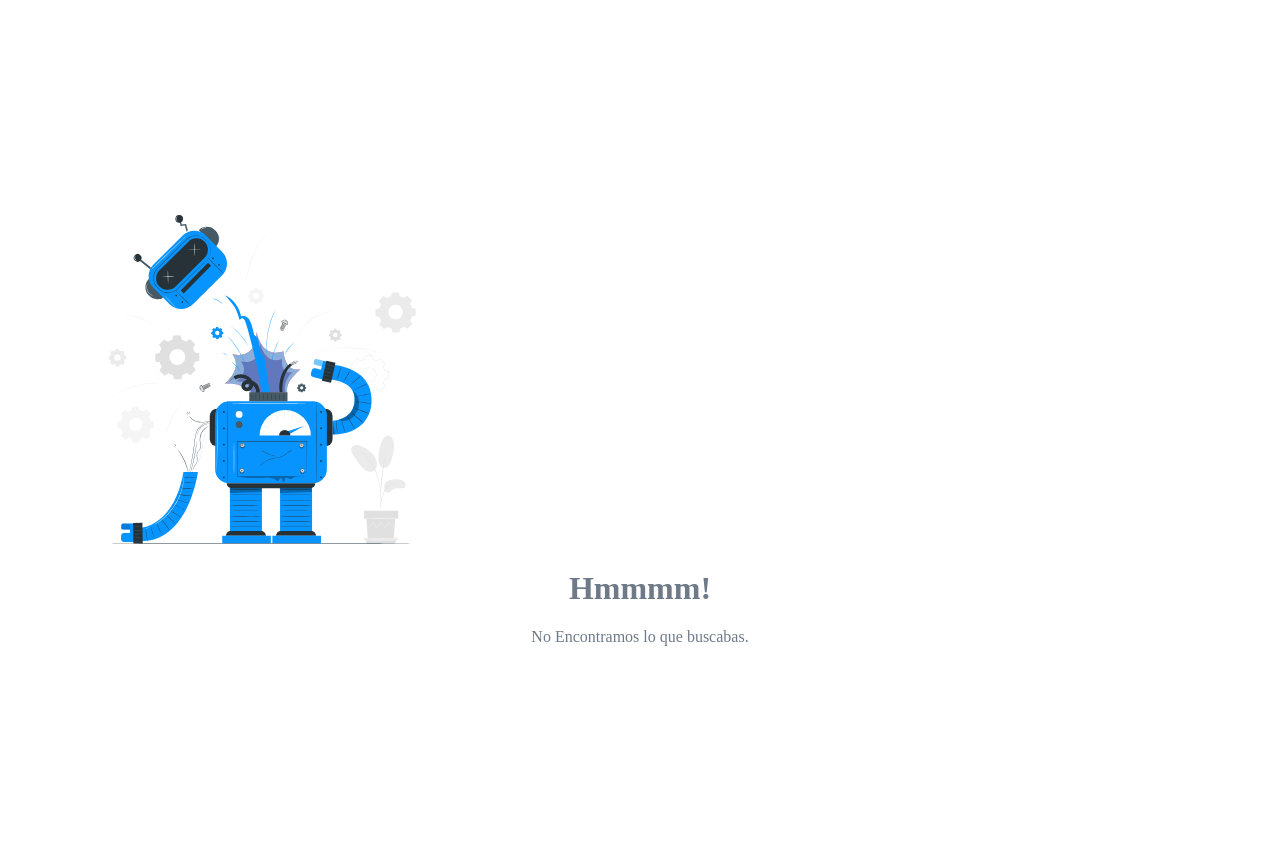
Repository: FabioMadrid/atlas_code
Page: 404.html
The author's editor kept a copy of each file at every save. The page is drawn from the files as they stood at one save, then again after the next save.
The browser window is 1280 px wide. The pictures show the whole page.
Some web fonts or font styles are not loaded; a fallback is used. Some web libraries are served in a nearby version.

Above is the page before, as saved 2021-01-13 12:23:27.

### 404.html
<!DOCTYPE html>
<html lang="en">
<head>
    <meta charset="UTF-8">
    <meta name="viewport" content="width=device-width, initial-scale=1.0">
    <link rel="stylesheet" href="https://cdnjs.cloudflare.com/ajax/libs/font-awesome/4.7.0/css/font-awesome.min.css">
    <script src="https://kit.fontawesome.com/8bf4511c4b.js" crossorigin="anonymous"></script>
    <link rel="stylesheet" href="css/general.css">
    <link rel="stylesheet" href="css/style_lp.css">
    <link rel="stylesheet" href="https://atlas-home-colombia.s3.amazonaws.com/fonts/fonts.css">
    <title>Atlas Home</title>
</head>
<body>

    <div style="margin: 20% auto;">

        <div>
            <img src="/svg/robot_explotando.svg" alt="" >
        </div>

        <h1 class="text" style="text-align: center;">
            Hmmmm!
        </h1>
        <p class="text" style="text-align: center;">
            No Encontramos lo que buscabas.
        </p>

    </div>

</body>
</html>

### css/style_lp.css

body
{
    margin: 0 8%;
}

/* ---------------------------------------------- INICIO DE MODAL BUSQUEDA DE PROPIEDADES ------------------------------------------------------------*/
.modal
{
    display: none; /* Hidden by default */
    position: fixed; /* Stay in place */
    z-index: +2; /* Sit on top */
    left: 0;
    top: 0;
    width: 100%; /* Full width */
    height: 100%; /* Full height */
    background-color: rgb(0,0,0); /* Fallback color */
    background-color: rgba(0,0,0,0.4); /* Black w/ opacity */
    padding: 40px;
    overflow: hidden;
    animation: fadeEffect 0.5s; /* Fading effect takes 1 second */
    margin: 0;
}

  /* Modal Content */

  .modal-content
{
    background-color: #fefefe;
    margin: auto;
    padding: 20px;
    border: none;
    border-radius: 10px;
    width: 45%;
    z-index: +3;
}
.overflow
{
    max-height: 100%;
    overflow-y: auto !important;
}

  /* The Close Button */
  .close
{
    color: white;
    float: right;
    font-size: 28px;
    text-align: center;
    font-weight: bold;
    border: 2px solid #0894FE;
    background-color: #0894FE;
    border-radius: 50%;
    width: 35px;
    height: 35px;
    position: absolute;
    top: -35px;
    right:-35px;
}

  .close:hover,
  .close:focus {
    background-color: #CC5F54;
    border: none;
    text-decoration: none;
    cursor: pointer;
  }
  .titulo-modal
  {
    text-align: center;
    border-bottom: 2px solid rgba(156, 156, 156, 0.219);
    padding-bottom: 7px;
    margin: 15px 10%;
  }


  /*-------------------------------------------------------------- Clases del SEARCH Modal------------------------------------------- */

  .inmueble-selector
  {
      display: flex;
      justify-content: center;
      flex-direction: row;
      flex-wrap: wrap;
      align-items: center;
  }
    .inmueble-selector input
    {
      margin:0;padding:0;
      -webkit-appearance:none;
      -moz-appearance:none;
      appearance:none;
    }

  .vivienda
  {
      background-image:url(/svg/vivienda-icon-azul.svg);
  }
  .apartamento
  {
      background-image:url(/svg/apartamento-icon-azul.svg);
  }
  .terreno
  {
      background-image:url(/svg/terreno-icon-azul.svg);
  }

  .inmueble-selector input:active + .drinkcard-cc
  {
      opacity:none;
  }
  .inmueble-selector input:checked + .drinkcard-cc
  {
      -webkit-filter: none;
         -moz-filter: none;
              filter: none;
              color:#0048CD;
  }
  .drinkcard-cc
  {
      cursor:pointer;
      background-size:contain;
      background-repeat:no-repeat;
      display:inline-block;
      width:90px;height:80px;
      color: inherit;
      -webkit-transition: all 100ms ease-in;
         -moz-transition: all 100ms ease-in;
              transition: all 100ms ease-in;
              -webkit-filter: brightness(1) grayscale(1) opacity(1);
              -moz-filter: brightness(1) grayscale(1) opacity(1);
                   filter: brightness(1) grayscale(1) opacity(1);
  }
  .drinkcard-cc:hover
  {
      -webkit-filter: none;
         -moz-filter: none;
              filter: none;
              color:#0048CD;
               /* width:93px;height:83px;*/
  }

  /* correciones del search modal */

  .correcion
  {
      left: 16px;
      bottom: -110px;
  }
  .correcion-a
  {
      bottom: -110px;
  }


@media screen and (max-width:880px)
{
    .modal-content
    {
        width: 90%;
    }
    .correcion
    {
    left: 16px;
    bottom: -100px;
    }
    .correcion-a
    {
    bottom: -100px;
    }
    .selects-50
    {
    float: none;
    width: 100%;
    margin: none;
    }
    .selects-50-right
    {
    float: none;
    width: 100%;
    }
    .topright
    {
    right: 7.5%;
    }
    .correcion-icon-credito
    {
        padding-top: 25%;
    }
}
@media screen and (max-width:450px)
{
    .drinkcard-cc
    {
        width: 80px;
        height: 70px;
    }
    .inmueble-selector
    {
        justify-content: space-around;
    }
    .modal-content
    {
        width: 100%;
    }
    .modal
    {
        padding: 0px;
    }
    .modal-content
    {
        border-radius: 0;
    }
    .topright
    {
    right: 7%;
    top: 4%;
    }

}
@media screen and (max-width:365px)
{
    .inmueble-selector
    {
        flex-direction: column;
    }
    .drinkcard-cc
    {
        margin-top: 30px;
    }
    .bottom-text
    {
        bottom: -105px;
    }
}

/* ----------------------------------------------------- titulos, textos y fonts ------------------------------------------------------------------ */
@font-face
{
    font-family: "FormaDJRText";
    src: url(https://atlas-home-colombia.s3.amazonaws.com/fonts/fonts.css);
}
.text
{
    font-family:"Forma DJR Text Edu";
    color: #6F7A88;
}
.title
{
    margin-top: 50px ;
    color:#0894FE;
    font-size:2em;
    font-weight:bold;
    display: block;
}
.subtitles
{
    color:#0894FE;
    font-weight:bold;
    display: block;

}
/* diseño de columnas y layout */
.flex-container
{
    display: flex;
    flex-flow: row wrap;
}
.flex-centrar
{
    justify-content: space-between;
    align-items: center;
}
.row:after
{
    content: "";
    display: table;
    clear: both;
}
.column-left
{
    float: left;
    width: 49.99%;
    padding: 15px;
    height:auto;
    display: block;
}
.column-50
{
    width: 49.99%;
    float: right;
    margin: auto;
}
.column-33
{
    width: 33.33%;
    float: left;
    margin: auto;
}
.clearfix::after
{
    content: "";
    clear: both;
    display: table;
}
.flex-box
{
   display: flex;
   flex-flow: row wrap;
   justify-content: center;
}

/* declaraciones de iconos */

.icon-lp
{
    width: 90%;
    height: auto;
    margin-top: 50px;
    display: block;
    margin: auto;
}
.icon-v
{
    max-height: 400px;
}
.boton-landing
{
    background: white ;
    color:#0894FE;
    border: #0894FE solid 1px;
    padding: 10px 15px;
    border-radius: 5px;
    display: block;
    width: 350px;
    height: 60px;
    margin: 30px auto 30px auto;
    font-size:15px;
    transition: background-color 0.4s;
    outline: none;
}
.triangulo-decor
{
    position: absolute;
    padding-top: 0px;
    width: 20%;
    height: auto;
    vertical-align: middle;
    border-style: none;
    box-sizing: border-box;
    max-width: 100%;
    z-index: -1;
}

/* declaraciones de botones */

.boton-landing:hover
{
    background-color: #2680EB;
    color: white;
    cursor: pointer;
    font-size: 17px;
    box-shadow: 0 12px 16px 0 rgba(0,0,0,0.24), 0 17px 50px 0 rgba(0,0,0,0.19);
}
button:active
{
    background-color: #6eb9f7;
    background-size: 100%;
    transition: background-color 0s;
    border: #0894FE solid 1px;
}

/* testimonios */
.box
{
    box-shadow: 0 4px 8px 0 rgba(0, 0, 0, 0.2), 0 6px 10px 0 rgba(133, 133, 133, 0.19);
    box-shadow: 5px grey;
    display: block;
    background-color: white;
    width: auto;
    text-align: left;
    margin: 20px 0% 20px 0%;
    padding: 10px 20px 40px 20px;
    border-radius: 5px;
}
.img
{
    float: left;
    padding-right: 5px;
    height: 100px;
    width: 100px;
}
.box::after
{
    content: "";
    clear: both;
    display: table;
}
.figcaption
{
    font:"Forma DJR Text Edu" medium 12px;
    color: #0894FE;
    margin-top: 15px;
    text-align: left;
}

/*----------- CSS PARA STEP FORMS ------------*/

/* Styling Parts */
#part1,
#part2,
#part3,
#part4,
#part5 {
  z-index: 2;
  display: block;
  height: auto;
  opacity: 1;
  transition: opacity 1s ease-in-out;
}

/* Hidden Parts */
#part2,
#part3,
#part4,
#part5
 {
  opacity: 0;
  height: 0;
  overflow: hidden;
}

/* Show Step 2 & Hide Step 1 */
#step2:checked ~ #part2
{
  opacity: 1;
  height: auto;
}
#step2:checked ~ #part1
{
  opacity: 0;
  height: 0;
  display: none;
}

/* Show Step 3  & Hide Step 2 */
#step3:checked ~ #part3
{
  opacity: 1;
  height: auto;
}
#step3:checked ~ #part2
{
  opacity: 0;
  width: 0;
  height: 0;
  display: none;
}

/* Show Step 4  & Hide Step 3 */
#step4:checked ~ #part4 {
    opacity: 1;
    height: auto;
  }
  #step4:checked ~ #part3 {
    opacity: 0;
    width: 0;
    height: 0;
    display: none;
  }

/* Show Step 5  & Hide Step 4 */
#step5:checked ~ #part5 {
    opacity: 1;
    height: auto;
  }
#step5:checked ~ #part4 {
    opacity: 0;
    width: 0;
    height: 0;
    display: none;
  }

  input[type=checkbox]
  {

    position: absolute;
    /* Position the checkbox in upper left corner */

    opacity: 0;
  }


/* ----- INICIO DE RESPONSIVE DESIGN------*/

/*diseño para ipads*/

@media only screen and (max-width: 800px)
{
    .caja
    {
        text-align: center;
    }
    .img
     {
        margin: auto;
        float: none;
        display: block;
    }
    .figcaption
    {
        text-align: center;
    }
    .icon-lp
    {
        height: auto;
        display: block;
        margin:auto;
        float: none;
    }
    .row:after
    {
        content: "";
        display: table;
        clear: both;
    }
    .boton-landing
    {
        width: 250px;
        height: 60px;
    }
    .title
    {
        font-size:1.3em;
    }
    .icon-v
    {
        height: 300px;
    }
    .icon-i
    {
        padding-top: 40%;
    }
    .text
    {
        text-align: center;
    }
}

/*diseño para moviles*/

@media only screen and (max-width: 700px)
{
    .column-50
    {
        width: 100%;
        float: none;
        margin: auto;
        overflow: hidden;
        padding: 15px;
        height:auto;
        display: block;
    }
    .column-left
    {
        float: none;
        width: 100%;
        padding: 15px;
        height:auto;
        display: block;
    }
    .boton-landing
    {
        width: 100%;
    }
    .icon-i
    {
        padding-top: 10px;
    }
    .triangulo-decor
    {
        width: 40%;
    }
    .correcion-icon-credito
    {
        padding-top: 0;
    }
}

/* footer */

.footer
{
    height: 250px;
    width: 100%;
    border-top: 5px solid #F2F2F2;
}
.footer-img
{
    background-image: url("/svg/city2.svg");
    background-color: transparent;
    height: 250px;
    background-position: center;
    background-repeat: no-repeat;
    background-size: cover;
}
.footer-logo
{
    display: block;
    width: auto;
    height: 80px;
    padding-top: 10px;
    margin: auto;
}
.fa
{
    display: inline-block;
    width: 50px;
    height: 50px;
    line-height: 50px;
    text-align: center;
    border: 3px;
    background-color: #fff;
    color: #0f4aa2;
    font-size: 30px;
    text-decoration: none;
    margin:0;
}
a
{
    text-decoration: none;
    cursor: pointer;
    color: inherit;
}
li
{
    list-style-type: none;
    display: inline-block;
    border: 1.5px solid  #0f4aa2;
    margin: 5px 7px;
}
.fa:hover {
    opacity: 0.7;
    color: #2680EB;
}
.footer-ul
{
    padding-left: 0;
}

button:active
{
background-color:white;
background-size: 100%;
transition: background-color 0s;
border: none;
outline: none;
}

.b-tipo-cita
{
    color: #6F7A88;
    border-bottom: 1px solid #6F7A88;
    display: block;
    text-align: center;
    width: 45%;
    margin-top: 0;
    cursor: pointer;
    outline: none;
    border-radius: none;
    padding: 10px;

}
.b-tipo-cita:hover+:checked
{
    border-bottom: 3px solid #2680EB;
    color: #2680EB;
}
.b-tipo-cita.active
{
    border-bottom: 3px solid #2680EB;
    color: #2680EB;
}

input[type="radio"]:checked+label {
    border-bottom: 3px solid #2680EB;
    color: #2680EB;
}

Loaded but not shown: css/general.css (885 lines, source omitted)

After the next save:
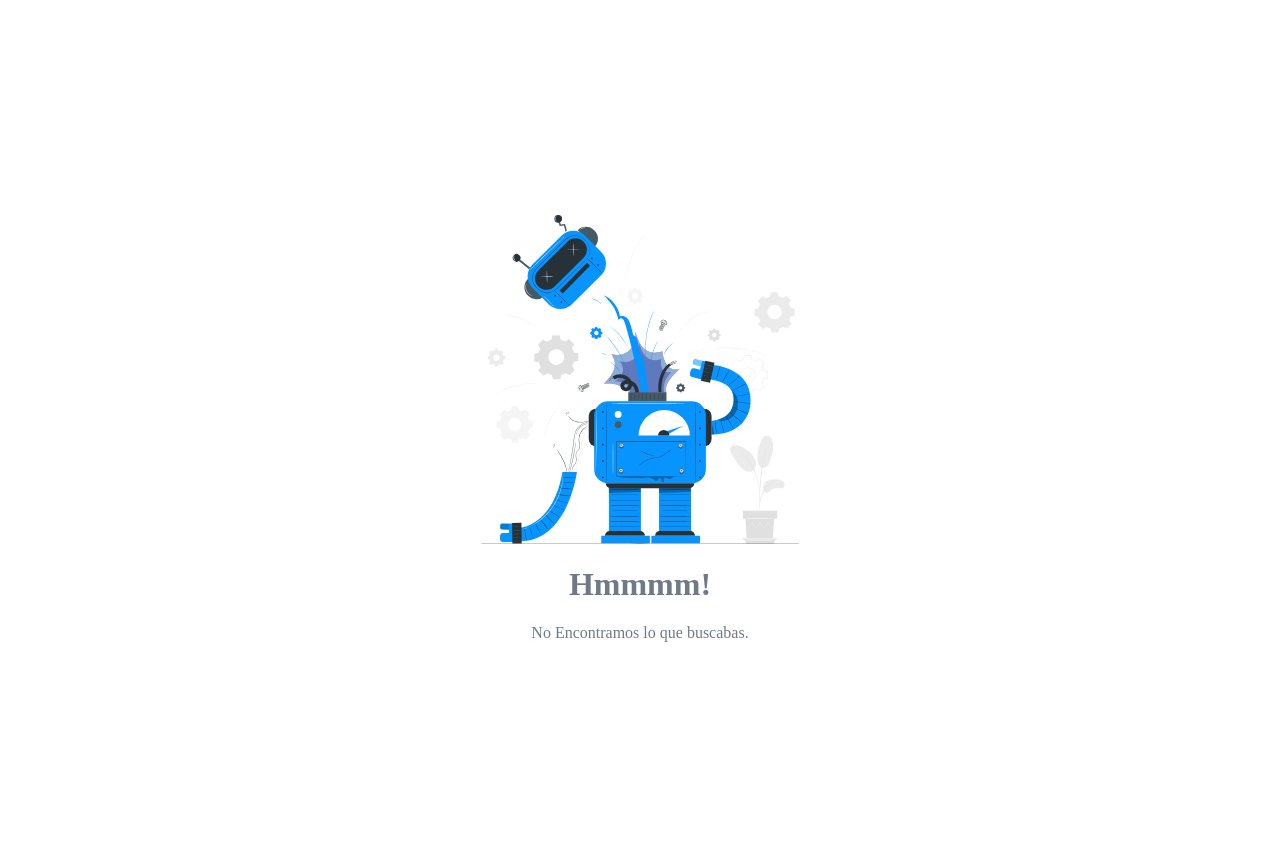
Saved 45 s later.
--- a/404.html
+++ b/404.html
@@ -14,7 +14,7 @@
 
     <div style="margin: 20% auto;">
 
-        <div>
+        <div style="display: flex; justify-content: center;">
             <img src="/svg/robot_explotando.svg" alt="" >
         </div>
 
